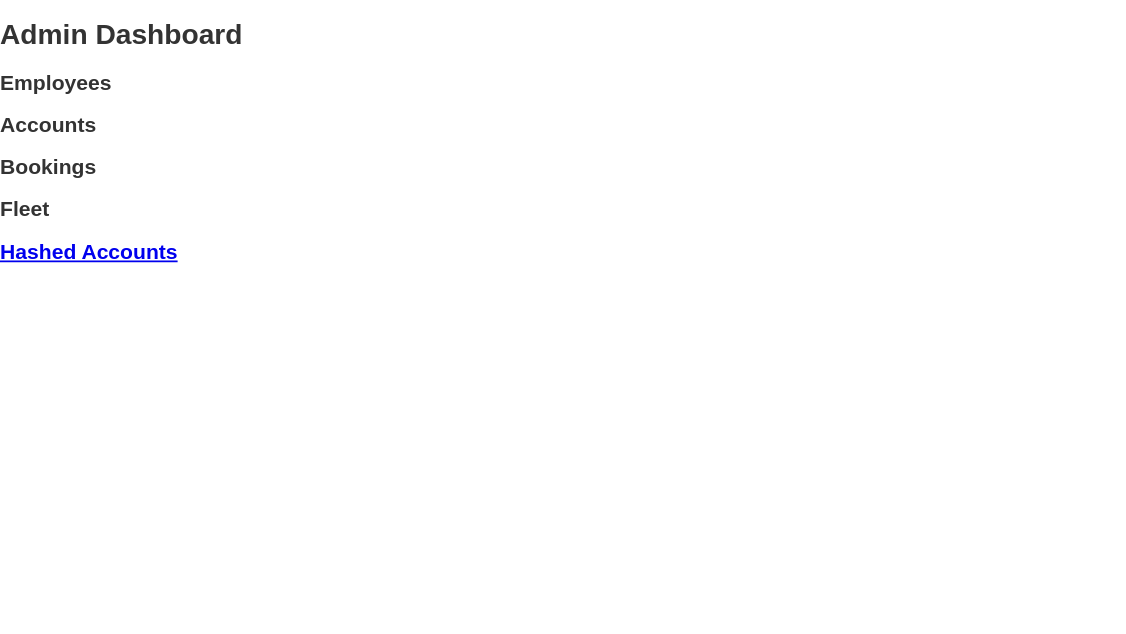
Repository: Ndegwa2/Smart-Transport-System
Page: client/admin.html
These files come from the project's save history. The page is drawn as it stood at one moment and after the next save; the edit follows.
The browser window is 1280 px wide. The pictures show the whole page, at 88% of full size.

Above is the page before, as saved 2025-05-23 13:45:39.
Console error: TypeError: Cannot set properties of null (setting 'innerHTML')

After the next save:
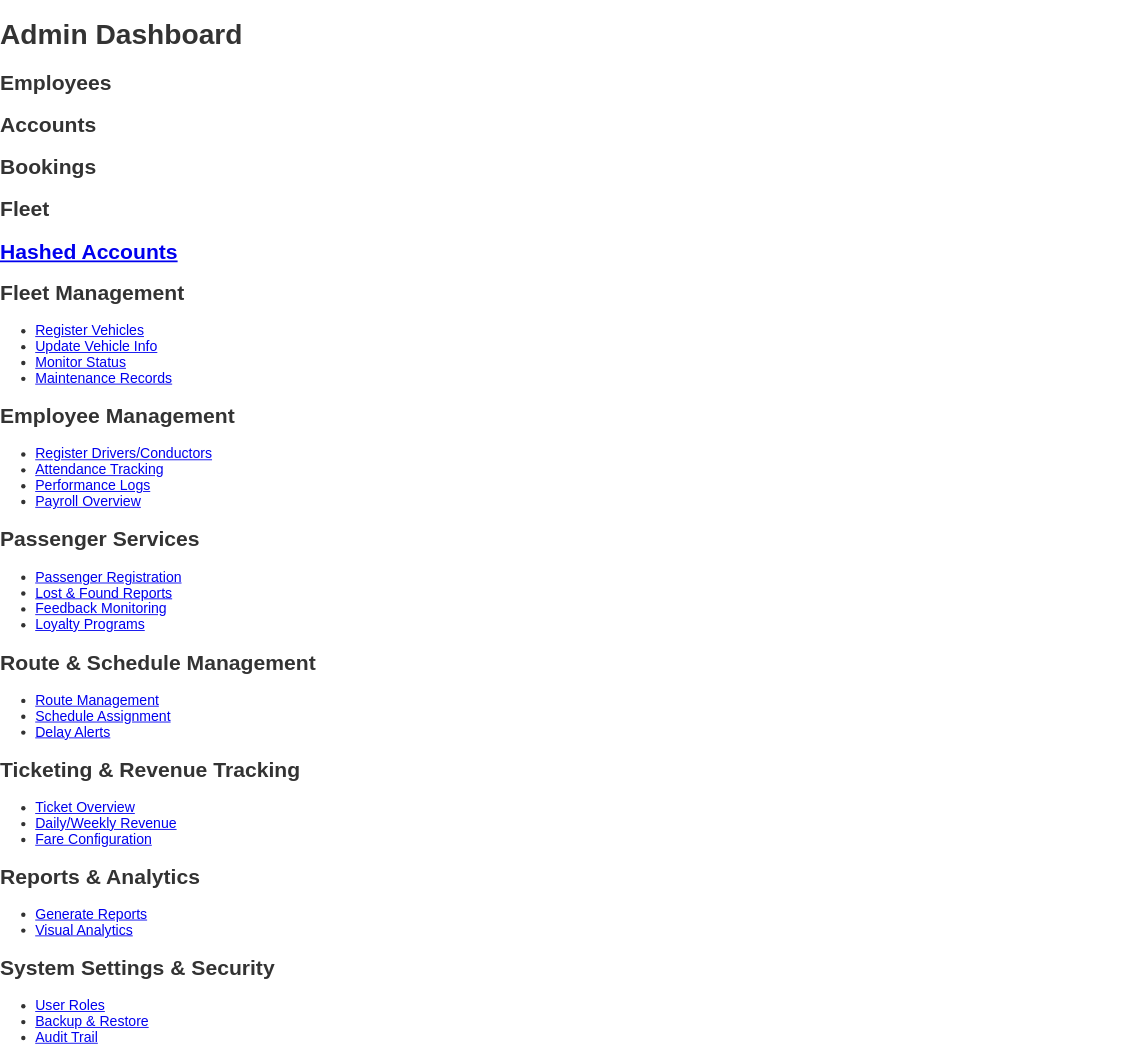
Saved 3 days later.
--- a/client/admin.html
+++ b/client/admin.html
@@ -32,6 +32,77 @@
         <h2><a href="hashed_accounts.html">Hashed Accounts</a></h2>
     </section>
 
+    <section id="fleet_management">
+      <h2>Fleet Management</h2>
+      <!-- Fleet Management features will be displayed here -->
+      <ul>
+        <li><a href="#">Register Vehicles</a></li>
+        <li><a href="#">Update Vehicle Info</a></li>
+        <li><a href="#">Monitor Status</a></li>
+        <li><a href="#">Maintenance Records</a></li>
+      </ul>
+    </section>
+
+    <section id="employee_management">
+      <h2>Employee Management</h2>
+      <!-- Employee Management features will be displayed here -->
+      <ul>
+        <li><a href="#">Register Drivers/Conductors</a></li>
+        <li><a href="#">Attendance Tracking</a></li>
+        <li><a href="#">Performance Logs</a></li>
+        <li><a href="#">Payroll Overview</a></li>
+      </ul>
+    </section>
+
+    <section id="passenger_services">
+      <h2>Passenger Services</h2>
+      <!-- Passenger Services features will be displayed here -->
+      <ul>
+        <li><a href="#">Passenger Registration</a></li>
+        <li><a href="#">Lost & Found Reports</a></li>
+        <li><a href="#">Feedback Monitoring</a></li>
+        <li><a href="#">Loyalty Programs</a></li>
+      </ul>
+    </section>
+
+    <section id="route_schedule_management">
+      <h2>Route & Schedule Management</h2>
+      <!-- Route & Schedule Management features will be displayed here -->
+      <ul>
+        <li><a href="#">Route Management</a></li>
+        <li><a href="#">Schedule Assignment</a></li>
+        <li><a href="#">Delay Alerts</a></li>
+      </ul>
+    </section>
+
+    <section id="ticketing_revenue_tracking">
+      <h2>Ticketing & Revenue Tracking</h2>
+      <!-- Ticketing & Revenue Tracking features will be displayed here -->
+      <ul>
+        <li><a href="#">Ticket Overview</a></li>
+        <li><a href="#">Daily/Weekly Revenue</a></li>
+        <li><a href="#">Fare Configuration</a></li>
+      </ul>
+    </section>
+
+    <section id="reports_analytics">
+      <h2>Reports & Analytics</h2>
+      <!-- Reports & Analytics features will be displayed here -->
+      <ul>
+        <li><a href="#">Generate Reports</a></li>
+        <li><a href="#">Visual Analytics</a></li>
+      </ul>
+    </section>
+
+    <section id="system_settings_security">
+      <h2>System Settings & Security</h2>
+      <!-- System Settings & Security features will be displayed here -->
+      <ul>
+        <li><a href="#">User Roles</a></li>
+        <li><a href="#">Backup & Restore</a></li>
+        <li><a href="#">Audit Trail</a></li>
+      </ul>
+    </section>
     <script src="script.js"></script>
-</body>
+  </body>
 </html>
